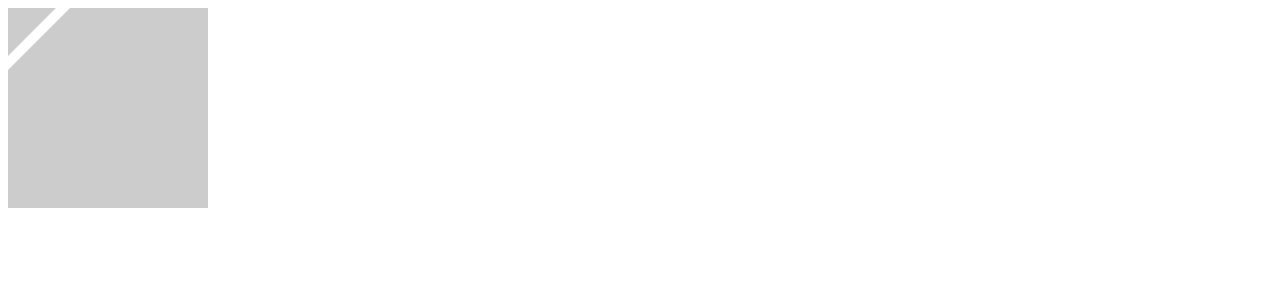
Repository: yaoxin1996/All-kinds-of-practice
Page: html/index.html
An editor plug-in stored every save of this project. The page is shown before and after the next save, followed by the edit.
The browser window is 1280 px wide. The pictures show the whole page.
The pointer rests on the first visible `.box`.

Above is the page before, as saved 2022-05-22 10:03:43.

After the next save:
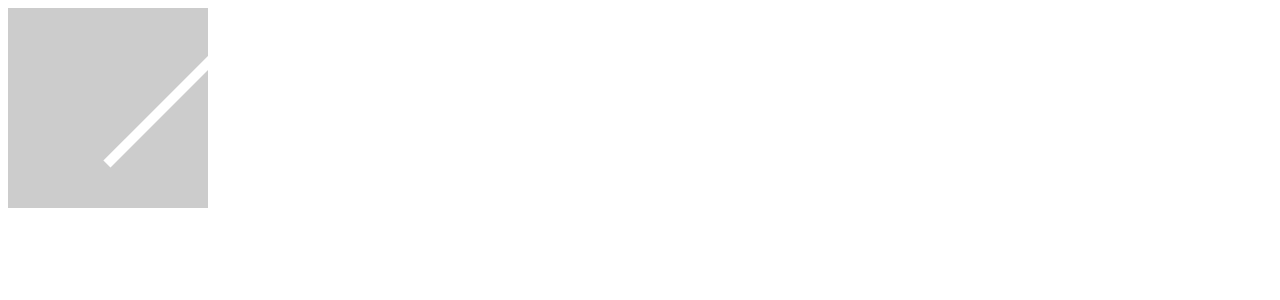
Saved 7 s later.
--- a/html/index.html
+++ b/html/index.html
@@ -27,7 +27,7 @@
     left: -50px;
   }
   .box:hover .inner::after{
-    left: 0;
+    left: 200px;
   }
 
 </style>
